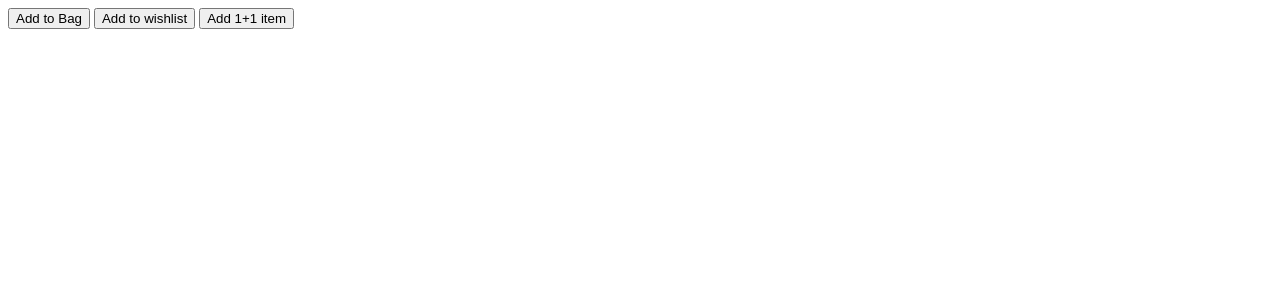
Repository: nihalani20/Learning-Js
Page: practice_set2/index.html
These files come from the project's save history. The page is drawn as it stood at one moment and after a run of saves; the edit follows.
The browser window is 1280 px wide. The pictures show the whole page.

Above is the page before, as saved 2023-12-09 12:21:52.

After the next 8 saves:
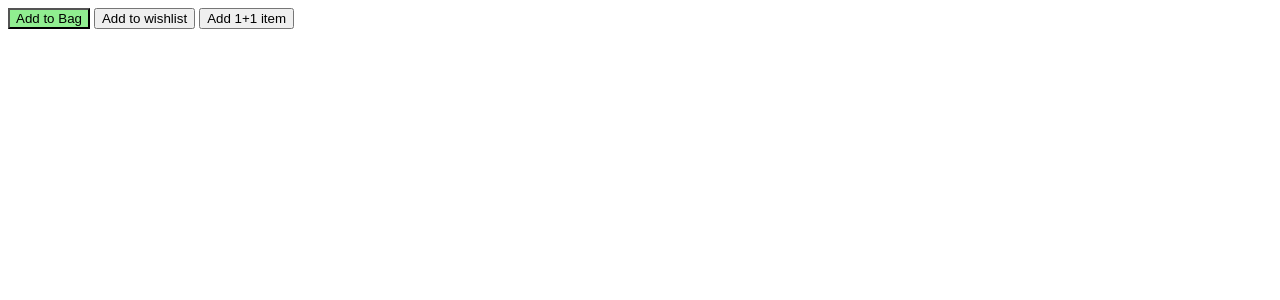
The 8 saves are shown as one change because they came seconds apart.
The last was saved 23 s later.
--- a/practice_set2/style.css
+++ b/practice_set2/style.css
@@ -1,3 +1,4 @@
 .bag{
+  background-color:lightgreen;
 
 }
